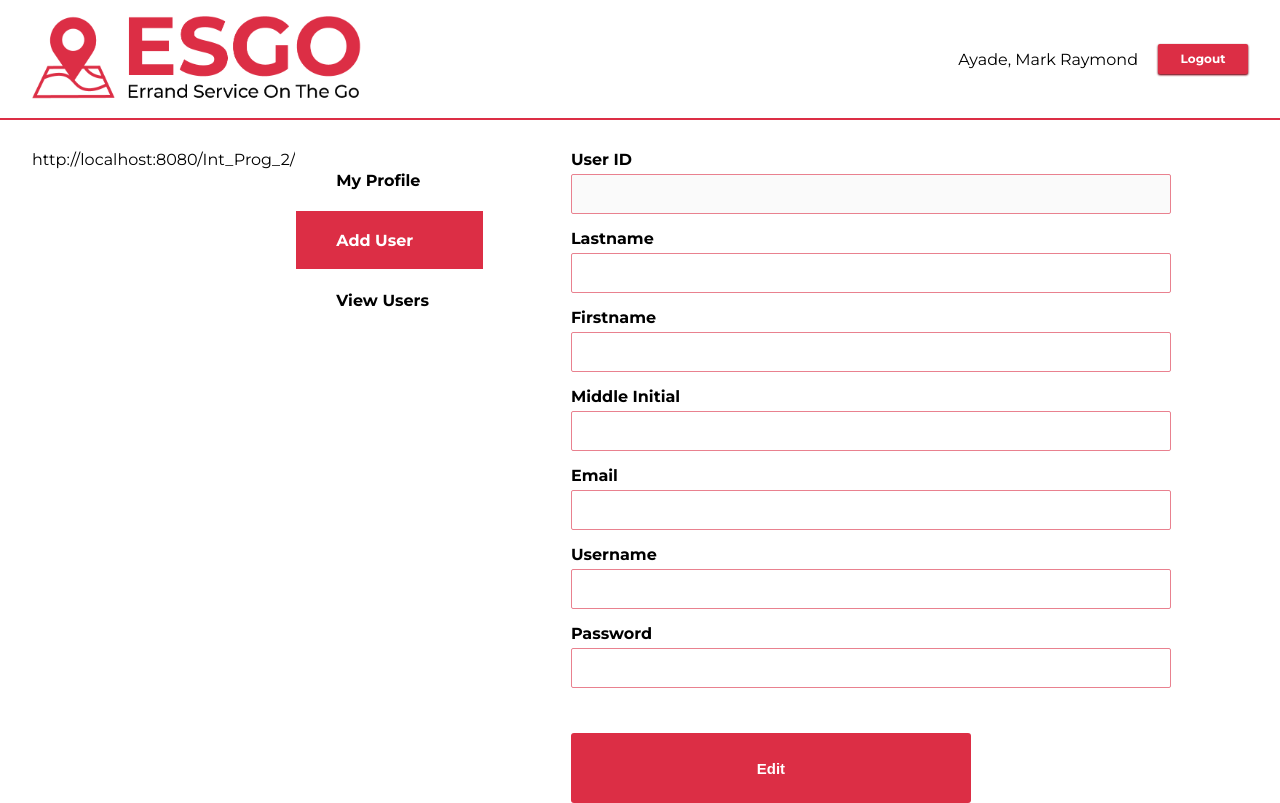
Repository: azkalonz/Int-Prog-2
Page: http://localhost/Int_Prog_2/?page=home
An editor plug-in stored every save of this project. The page is shown before and after the next save, followed by the edit.
The browser window is 1280 px wide. The pictures show the whole page.
The page is served by Tomcat 9. Other server files are loaded and not shown.

Above is the page before, as saved 2021-03-30 05:51:26.

### Int Prog 2/WebContent/index.jsp
<jsp:include page="/WEB-INF/layout/header.jsp"/>
<main>
        <div class="container">
            <jsp:include page="/WEB-INF/layout/nav.jsp" />

            <div class="content">
                <form>
                    <div class="infos">
                        <span>User ID</span>
                        <input type="text" disabled>
                    </div>
                    <div class="infos">
                        <span>Lastname</span>
                        <input type="text">
                    </div>
                    <div class="infos">
                        <span>Firstname</span>
                        <input type="text">
                    </div>
                    <div class="infos">
                        <span>Middle Initial</span>
                        <input type="text">
                    </div>
                    <div class="infos">
                        <span>Email</span>
                        <input type="text">
                    </div>
                    <div class="infos">
                        <span>Username</span>
                        <input type="text">
                    </div>
                    <div class="infos">
                        <span>Password</span>
                        <input type="text">
                    </div>
                    <input class="button" type="submit" value="Edit">
                </form>
            </div>
        </div>
    </main>
<jsp:include page="/WEB-INF/layout/footer.jsp"/>

### Int Prog 2/WebContent/WEB-INF/layout/header.jsp
<%@ page language="java" contentType="text/html; charset=ISO-8859-1"
	pageEncoding="ISO-8859-1"%>
<!DOCTYPE html>
<html>
<head>
<meta charset="ISO-8859-1">
<title>Employee</title>
<link rel="stylesheet" href="<%=request.getContextPath()%>/css/style.css"/>
</head>
<body>
	<header>
	        <div class="container">
	            <div class="logo-con">
	                <img src="<%=request.getContextPath()%>/assets/logo/horizontal.png">
	            </div>
	            <div class="account-con">
	                <span>Ayade, Mark Raymond</span>
	                <a href="./login.html">
	                    <div class="button">Logout</div>
	                </a>
	            </div>
	        </div>
	    </header>

### Int Prog 2/WebContent/WEB-INF/layout/nav.jsp
<%@taglib prefix="c" uri="http://java.sun.com/jsp/jstl/core"%>
<%= request.getRequestURL() %>
<div class="nav">
    <a href="<%=request.getContextPath()%>">
        <div class="links">My Profile</div>
    </a>
    <a href="<%=request.getContextPath()%>/register">
        <div class="links<c:if test="${1==1}"> active</c:if>">Add User</div>
    </a>
    <a href="./users.html">
        <div class="links">View Users</div>
    </a>
</div>

### Int Prog 2/WebContent/css/style.css
@import url("https://fonts.googleapis.com/css2?family=Montserrat:ital,wght@0,100;0,200;0,300;0,400;0,500;0,600;0,700;1,100;1,200;1,300;1,400;1,500;1,600&display=swap");

* {
  margin: 0;
  padding: 0;
  box-sizing: border-box;
}

a:link {
	text-decoration: none;
	color: #000;
}

body {
  font-family: "Montserrat";
  font-size: 100%;
}

header {
  display: flex;
  justify-content: center;
  width: 100%;
  height: 120px;
  position: relative;
  border-bottom: 2px solid rgb(220, 46, 69);
}

header .container {
  display: flex;
  justify-content: space-between;
  width: 95%;
  max-width: 1300px;
}

header .container .logo-con {
  padding-top: 5px;
}

header .container .logo-con img {
  height: 100px;
}

header .container .account-con {
  display: flex;
  align-items: center;
}

header .account-con .button {
  width: 90px;
  height: 30px;
  margin-left: 20px;
  border: none;
  background: rgb(220, 46, 69);
  box-shadow: 0 1px 2px 0 rgba(122, 7, 22, 0.783),
    0 1px 2px 0 rgba(122, 7, 22, 0.783);
  cursor: pointer;
  color: white;
  font-family: "Montserrat";
  font-weight: bold;
  font-size: 12px;
  border-radius: 2px;
  line-height: 30px;
  text-align: center;
}

header .account-con .button:hover {
  background: rgb(187, 32, 53);
}

.login-container {
  background: rgb(220, 46, 69);
  display: flex;
  align-items: center;
  justify-content: center;
  height: 100vh;
  font-family: "Montserrat";
  color: rgb(22, 22, 22);
}

.login-container > .container {
  position: relative;
  background: white;
  width: 85%;
  max-width: 1024px;
  border-radius: 10px;
  display: flex;
  box-shadow: 0 2px 4px 0 rgb(80, 12, 21), 0 6px 10px 0 rgb(80, 12, 21);
  padding: 60px 5px;
}

.login-container > .container .logo-container {
  display: flex;
  justify-content: center;
  align-items: center;
  flex-direction: column;
  flex: 3;
}

.logo-container img {
  width: 200px;
  padding-bottom: 35px;
}

.logo-container span {
  color: rgb(220, 46, 69);
  font-weight: bold;
  font-size: 40px;
}

.container .form-container {
  display: flex;
  justify-content: center;
  align-items: center;
  height: 100%;
  flex: 2;
}

.form-container h1 {
  margin-bottom: 20px;
}

.form-container .input-con {
  margin-bottom: 20px;
}

.form-container .input-con input {
  height: 45px;
  width: 300px;
  font-family: "Montserrat";
  padding: 5px 10px;
  border-radius: 5px;
  border: 1px solid rgb(233, 129, 143);
}

.form-container button {
  width: 150px;
  height: 50px;
  background: rgb(220, 46, 69);
  border: none;
  color: white;
  font-size: 16px;
  cursor: pointer;
  border-radius: 4px;
  box-shadow: 0 1px 2px 0 rgba(122, 7, 22, 0.783),
    0 1px 2px 0 rgba(122, 7, 22, 0.783);
  margin-top: 10px;
  font-weight: bold;
  font-family: "Montserrat";
}

.form-container button:hover {
  background: rgb(187, 32, 53);
}

main {
  width: 100%;
  display: flex;
  justify-content: center;
  padding-top: 30px;
}

main .container {
  width: 95%;
  max-width: 1300px;
  display: flex;
  justify-content: center;
}

main .container .nav {
  flex: 2;
  margin-right: 10px;
}

main .container .nav .links {
  padding-left: 40px;
  height: 60px;
  line-height: 60px;
  font-weight: bold;
  border: 1px solid white;
}

.active {
  background: rgb(220, 46, 69);
  color: white;
}

main .container .nav .links:hover {
  background: rgb(220, 46, 69);
  color: white;
  transition: 0.4s;
}

main .container .content {
  flex: 8;
  display: flex;
  justify-content: center;
}

main .container .content .infos {
  display: flex;
  flex-direction: column;
  padding-bottom: 15px;
}

main .container .content .infos span {
  padding-bottom: 5px;
  font-weight: bold;
}

main .container .content .infos input {
  width: 600px;
  height: 40px;
  border-radius: 2px;
  border: 1px solid rgb(233, 129, 143);
  padding: 0 10px;
}

main .container .content .button {
  width: 400px;
  height: 70px;
  background: rgb(220, 46, 69);
  border: none;
  margin-top: 30px;
  color: white;
  font-weight: bold;
  font-size: 15px;
  cursor: pointer;
  border-radius: 3px;
}

main .container .content .button:hover {
  background: rgb(187, 32, 53);
}

main .container .content .infos {
  display: flex;
  flex-direction: column;
  padding-bottom: 15px;
}

main .container .content .infos span {
  padding-bottom: 5px;
  font-weight: bold;
}

main .container .content .infos input {
  width: 600px;
  height: 40px;
  border-radius: 2px;
  border: 1px solid rgb(233, 129, 143);
  padding: 0 10px;
}

main .container .content .button {
  width: 400px;
  height: 70px;
  background: rgb(220, 46, 69);
  border: none;
  margin-top: 30px;
  color: white;
  font-weight: bold;
  font-size: 15px;
  cursor: pointer;
  border-radius: 3px;
}

main .container .content .button:hover {
  background: rgb(187, 32, 53);
}

main .container .content {
  max-height: 800px;
  overflow-y: scroll;
}

main .container .content table {
  width: 100%;
  margin: 0 15px;
  text-align: center;
  border-spacing: 0;
}

main .container .content table thead {
  background: rgb(220, 46, 69);
}

main .container .content table thead th {
  height: 60px;
  column-gap: 0;
  color: white;
}

main .container .content table tbody tr {
  height: 50px;
  background: rgba(247, 244, 244, 0.375);
}

main .container .content table tbody tr td:last-child {
  display: flex;
  justify-content: center;
  padding: 10px 0;
}

main .container .content table tbody .button-action {
  width: 80px;
  height: 30px;
  text-align: center;
  line-height: 30px;
  margin: 0 5px;
  font-size: 12px;
  color: white;
  border-radius: 3px;
  cursor: pointer;
}

.orange {
  background: coral;
  box-shadow: 0px 0px 2px -1px rgba(230, 63, 2, 0.443);
}

.red {
  background: crimson;
  box-shadow: 0px 0px 2px -1px rgba(199, 2, 41, 0.653);
}

.orange:hover {
  background: rgb(248, 95, 39);
}

.red:hover {
  background: rgb(194, 4, 42);
}

Loaded but not shown: Int Prog 2/WebContent/WEB-INF/layout/footer.jsp (common file)

After the next save:
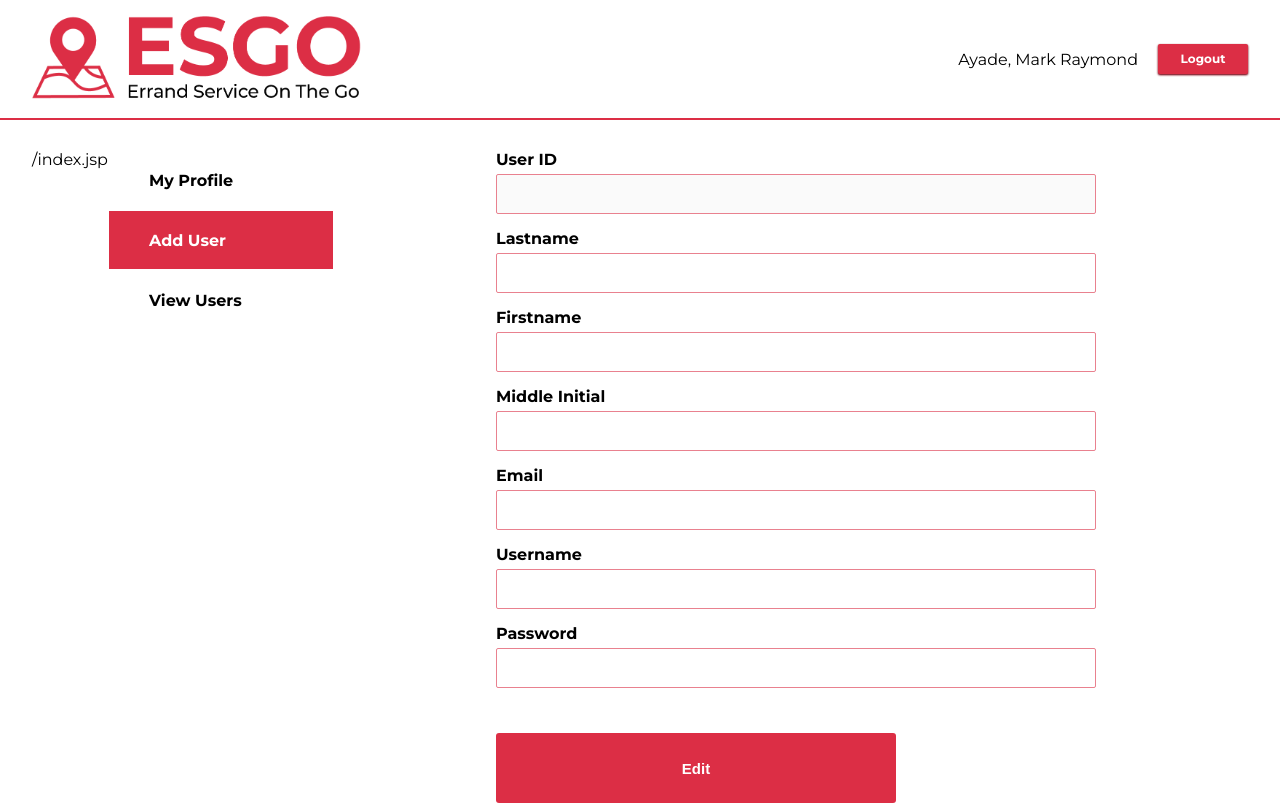
Saved 17 s later.
--- a/Int Prog 2/WebContent/WEB-INF/layout/nav.jsp
+++ b/Int Prog 2/WebContent/WEB-INF/layout/nav.jsp
@@ -1,5 +1,5 @@
 <%@taglib prefix="c" uri="http://java.sun.com/jsp/jstl/core"%>
-<%= request.getRequestURL() %>
+<%= request.getServletPath() %>
 <div class="nav">
     <a href="<%=request.getContextPath()%>">
         <div class="links">My Profile</div>
